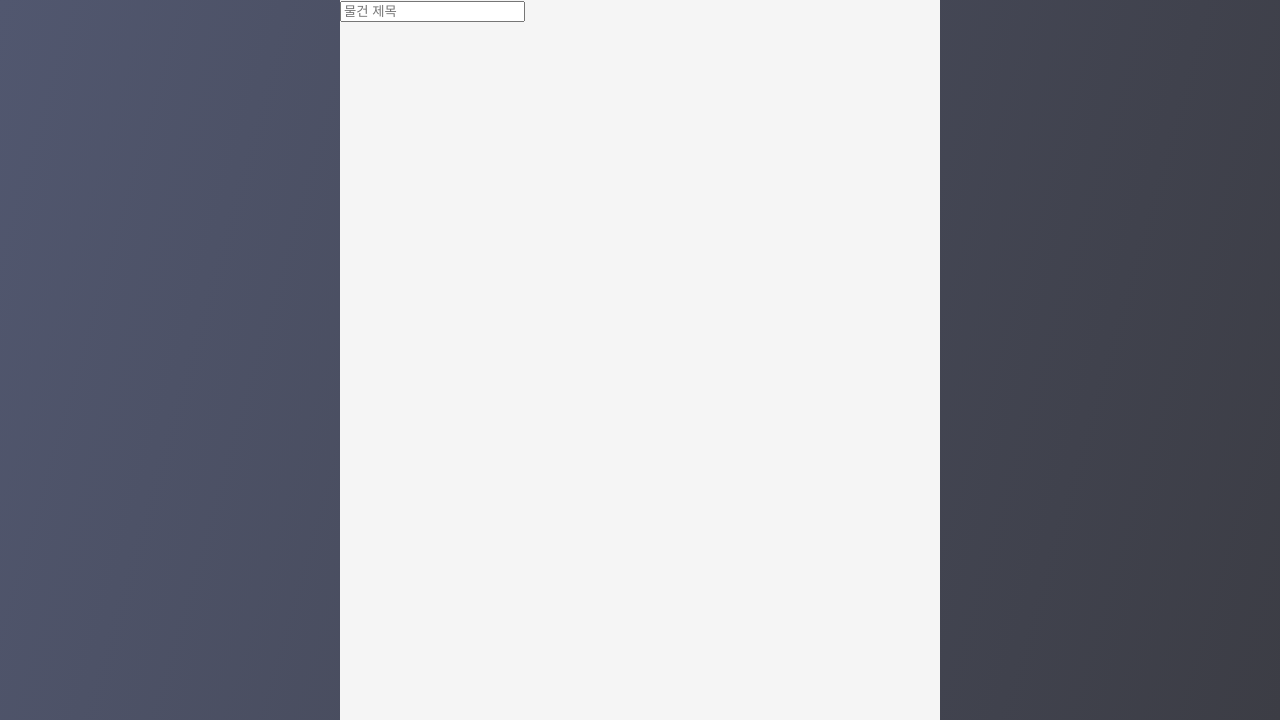
Repository: SeungYn/hanium
Page: /trade/search
The author's editor kept a copy of each file at every save. The page is drawn from the files as they stood at one save, then again after the next save.
The browser window is 1280 px wide. The pictures show the whole page.
The project was rebuilt for these pictures with package versions that can differ from the ones it lists, and the page was loaded fresh each time. Also part of the build but not shown: src/App.css, src/components/Chat/ChatHeader/ChatHeader.module.css, src/components/Chat/ChatHeader/ChatHeader.jsx, src/components/Chat/ChatPeoples/ChatPeoples.jsx, src/components/Chat/ChatSideBar/ChatSideBar.module.css, src/components/Chat/ChatSideBar/ChatSideBar.jsx, src/components/ReadPopup/ReadPopup.module.css, src/components/ReadPopup/ReadPopup.jsx and 39 more.

Above is the page before, as saved 2022-11-21 17:43:48.

After the next save:
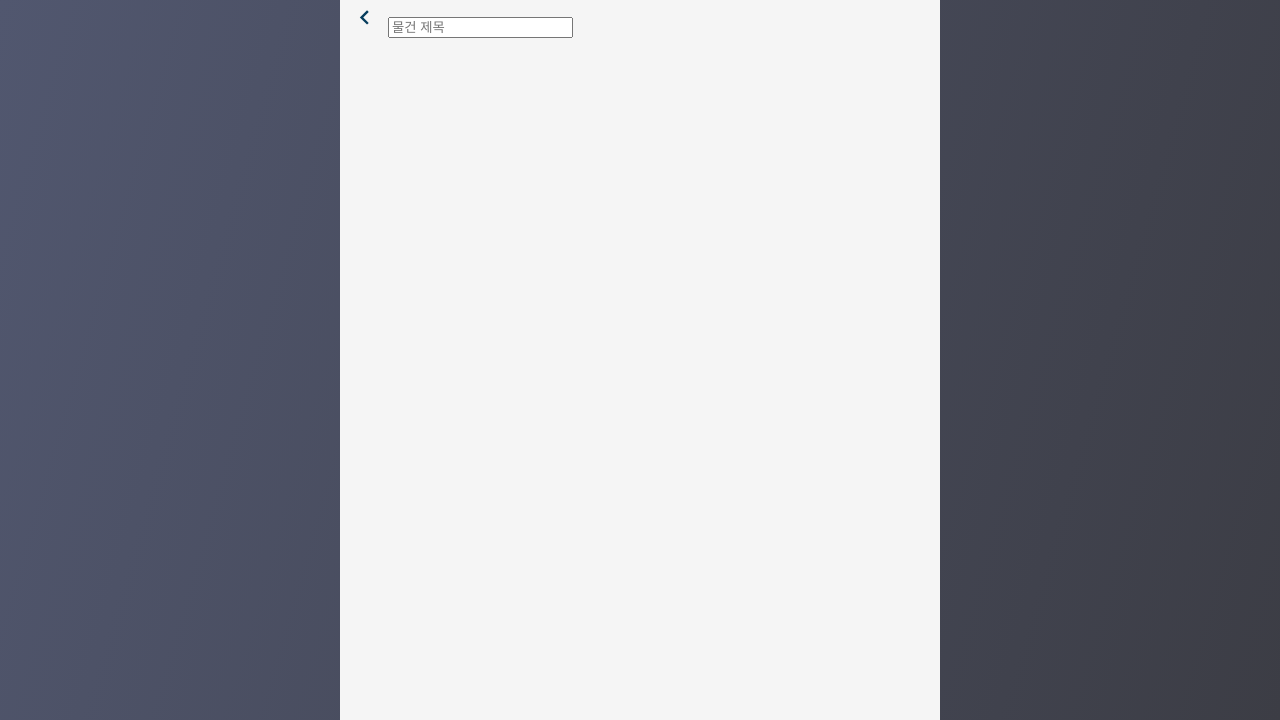
Saved 44 s later.
--- a/src/pages/TradeSearchPage/TradeSearchPage.jsx
+++ b/src/pages/TradeSearchPage/TradeSearchPage.jsx
@@ -1,10 +1,14 @@
 import React from 'react';
 import styles from './TradeSearchPage.module.css';
 import { MdOutlineNavigateBefore } from 'react-icons/md';
+import IconBtn from '../../components/common/IconBtn/IconBtn';
 export default function TradeSearchPage() {
   return (
     <section className={styles.container}>
       <form className={styles.inputForm} onSubmit={(e) => e.preventDefault()}>
+        <IconBtn>
+          <MdOutlineNavigateBefore />
+        </IconBtn>
         <input type='text' placeholder='물건 제목' />
       </form>
     </section>
